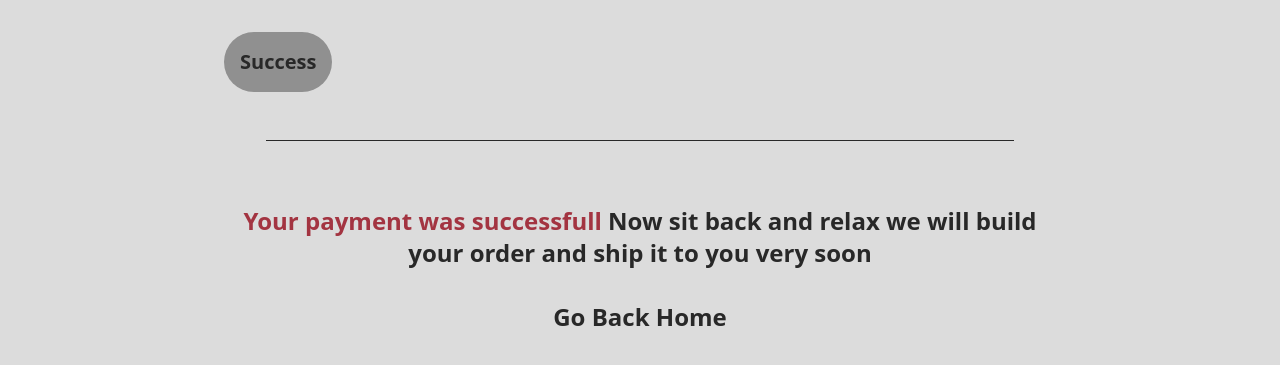
Repository: punitbathija/power-pedal
Page: /success
An editor plug-in stored every save of this project. The page is shown before and after the next save, followed by the edit.
The browser window is 1280 px wide. The pictures show the whole page.
The project was rebuilt for these pictures with package versions that can differ from the ones it lists, and the page was loaded fresh each time. The framework's server and built-in components were replaced by stand-ins that run in the browser. Also part of the build but not shown: next.config.js.

Above is the page before, as saved 2023-03-08 14:03:30.

### src/app/success/page.js
import Link from "next/link";
import React from "react";
import { AiFillHome } from "react-icons/ai";

function paymentsuccess() {
  return (
    <div className="text-center py-8 lg:mx-56 mx-2 bg-goodwhite text-goodblack">
      <p className="font-semibold lg:text-xl p-4 bg-offwhite w-fit rounded-full">
        Success
      </p>
      <hr className="flex my-12 w-[90%] text-center justify-center m-auto" />
      <p className="font-semibold lg:text-2xl text-xl p-4 my-4">
        <span className="text-goodred text-2xl">
          Your payment was successfull
        </span>{" "}
        Now sit back and relax we will build your order and ship it to you very
        soon
      </p>
      <Link href="/">
        <p className="flex justify-center align-middle m-auto justify-items-center text-center font-semibold text-2xl p4 my-4">
          Go Back Home
        </p>
      </Link>
    </div>
  );
}

export default paymentsuccess;

### src/app/globals.css
@tailwind base;
@tailwind components;
@tailwind utilities;

body{
    background: #dcdcdc;
}

### tailwind.config.js
/** @type {import('tailwindcss').Config} */
module.exports = {
  content: [
    "./app/**/*.{js,ts,jsx,tsx}",
    "./pages/**/*.{js,ts,jsx,tsx}",
    "./components/**/*.{js,ts,jsx,tsx}",

    // Or if using `src` directory:
    "./src/**/*.{js,ts,jsx,tsx}",
  ],
  theme: {
    colors: {
      offwhite: "#909090",
      transparent: "transparent",
      goodblack: "#282828",
      goodbrown: "#414141",
      goodwhite: "#dcdcdc",
      goodred: "#a33441",
      olivegreen: "#6a7870",
      skin: "#e8dfc8",
      black: "#000000",
    },

    extend: {},
  },
  plugins: [],
};

Loaded but not shown: src/app/layout.js (common file)

After the next save:
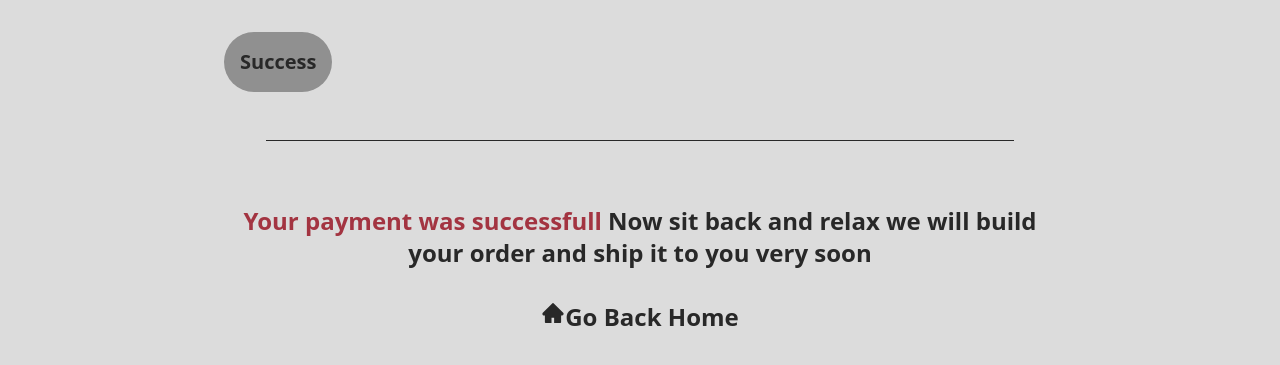
Saved 18 s later.
--- a/src/app/success/page.js
+++ b/src/app/success/page.js
@@ -17,8 +17,8 @@ function paymentsuccess() {
         soon
       </p>
       <Link href="/">
-        <p className="flex justify-center align-middle m-auto justify-items-center text-center font-semibold text-2xl p4 my-4">
-          Go Back Home
+        <p className="flex justify-center align-middle m-auto justify-items-center `text-center font-semibold text-2xl p4 my-4">
+          <AiFillHome /> Go Back Home
         </p>
       </Link>
     </div>
